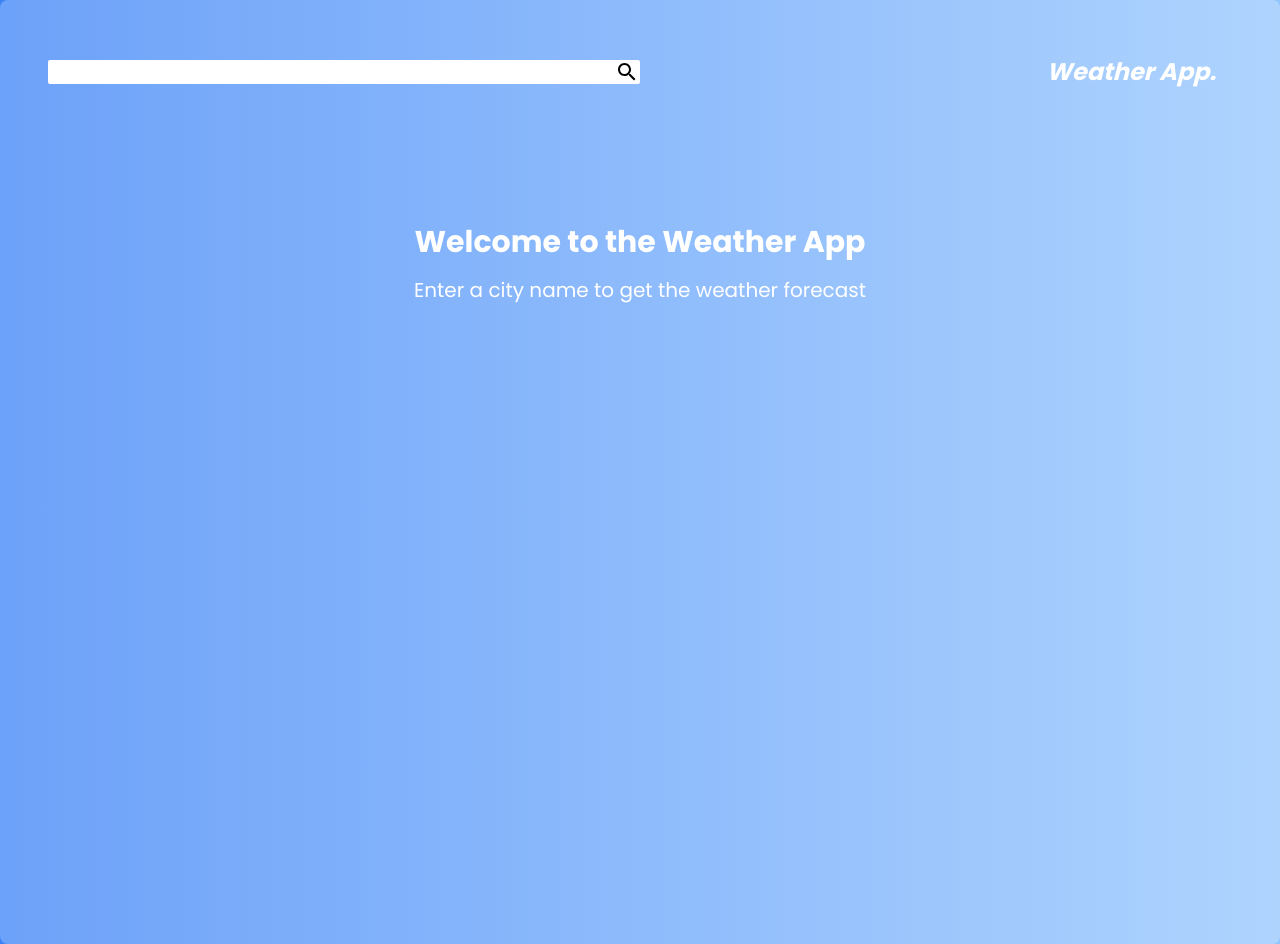
Repository: DevAntonioRogers/react-weatherapp-v2
Page: /
These files come from the project's save history. The page is drawn as it stood at one moment and after the next save; the edit follows.
The browser window is 1280 px wide. The pictures show the whole page.
The project was rebuilt for these pictures with package versions that can differ from the ones it lists, and the page was loaded fresh each time. The framework's server and built-in components were replaced by stand-ins that run in the browser. Also part of the build but not shown: next.config.js, app/utils/currentDate.tsx, app/components/Current.tsx, app/components/WeekForecast.tsx. Imported but missing from the stored project, and not drawn on this page: app/components/WeatherDetails.

Above is the page before, as saved 2023-05-27 20:32:40.

### app/layout.tsx
import "./globals.css";
import { Poppins } from "next/font/google";

export const metadata = {
  title: "The Weather App 🌤",
  description: "Weather app",
};

const poppins = Poppins({
  subsets: ["latin"],
  weight: ["400", "500", "700"],
  style: ["normal", "italic"],
});

export default function RootLayout({ children }: { children: React.ReactNode }) {
  return (
    <html lang="en" className={poppins.className}>
      <body>{children}</body>
    </html>
  );
}

### app/page.tsx
"use client";
import React, { useState } from "react";
import Current from "./components/Current";
import Input from "./components/Input";
import WeekForecast from "./components/WeekForecast";
import WeatherDetails from "./components/WeatherDetails";

export default function Home() {
  const [data, setData] = useState({});
  const [location, setLocation] = useState("");
  const [error, setError] = useState("");

  const url = `http://api.weatherapi.com/v1/forecast.json?key=538023bd3c43455084733202231905&q=${location}&days=7&aqi=yes&alerts=yes`;

  const handleSearch = async (e: React.KeyboardEvent<HTMLInputElement>) => {
    if (e.key === "Enter") {
      e.preventDefault();
      try {
        const response = await fetch(url);
        if (!response.ok) {
          throw new Error();
        }
        const data = await response.json();
        setData(data);
        setLocation("");
        setError("");
      } catch (error) {
        setError("City not found");
        setData({});
      }
    }
  };

  let content;
  if (Object.keys(data).length === 0 && error === "") {
    content = (
      <div className="text-white text-center h-screen mt-[5rem]">
        <h2 className="text-3xl font-semibold mb-4">Welcome to the Weather App</h2>
        <p className="text-xl">Enter a city name to get the weather forecast</p>
      </div>
    );
  } else if (error !== "") {
    content = (
      <div className="text-white text-center h-screen mt-[5rem]">
        <h2 className="text-3xl font-semibold mb-4">City not found</h2>
        <p className="text-xl">Please enter a valid city name</p>
      </div>
    );
  } else {
    content = (
      <>
        <div className="flex md:flex-row flex-col p-12 items-center justify-between mt-[-4rem] gap-10">
          <Current data={data} />
          <WeekForecast data={data} />
        </div>
        <div>
          <WeatherDetails data={data} />
        </div>
      </>
    );
  }

  return (
    <div className="bg-cover bg-gradient-to-r from-blue-500 to-blue-300 h-fit">
      <div className="bg-white/25 w-full rounded-lg flex flex-col h-fit">
        <div className="flex flex-col md:flex-row justify-between items-center p-12">
          <Input handleSearch={handleSearch} setLocation={setLocation} />
          <h1 className="mb-8 md:mb-0 order-1 text-white text-2xl py-2 px-4 rounded-xl italic font-bold">
            Weather App.
          </h1>
        </div>
        {content}
      </div>
    </div>
  );
}

### app/components/Input.tsx
"use client";
import SearchIcon from "@mui/icons-material/Search";

interface InputProps {
  handleSearch: (event: React.KeyboardEvent<HTMLInputElement>) => void;
  setLocation: React.Dispatch<React.SetStateAction<string>>;
}

const Input = ({ handleSearch, setLocation }: InputProps) => {
  return (
    <form className="flex items-center md:w-2/4 w-full order-2 md:order-1">
      <input
        type="text"
        className="w-full rounded-sm placeholder-white outline-none text-black"
        placeholder="Search"
        onKeyDown={handleSearch}
        onChange={(e) => setLocation(e.target.value)}
      />
      <div className="ml-[-25px] text-black cursor-pointer">
        <SearchIcon />
      </div>
    </form>
  );
};

export default Input;

Loaded but not shown: app/globals.css (common file); tailwind.config.js (common file)

After the next save:
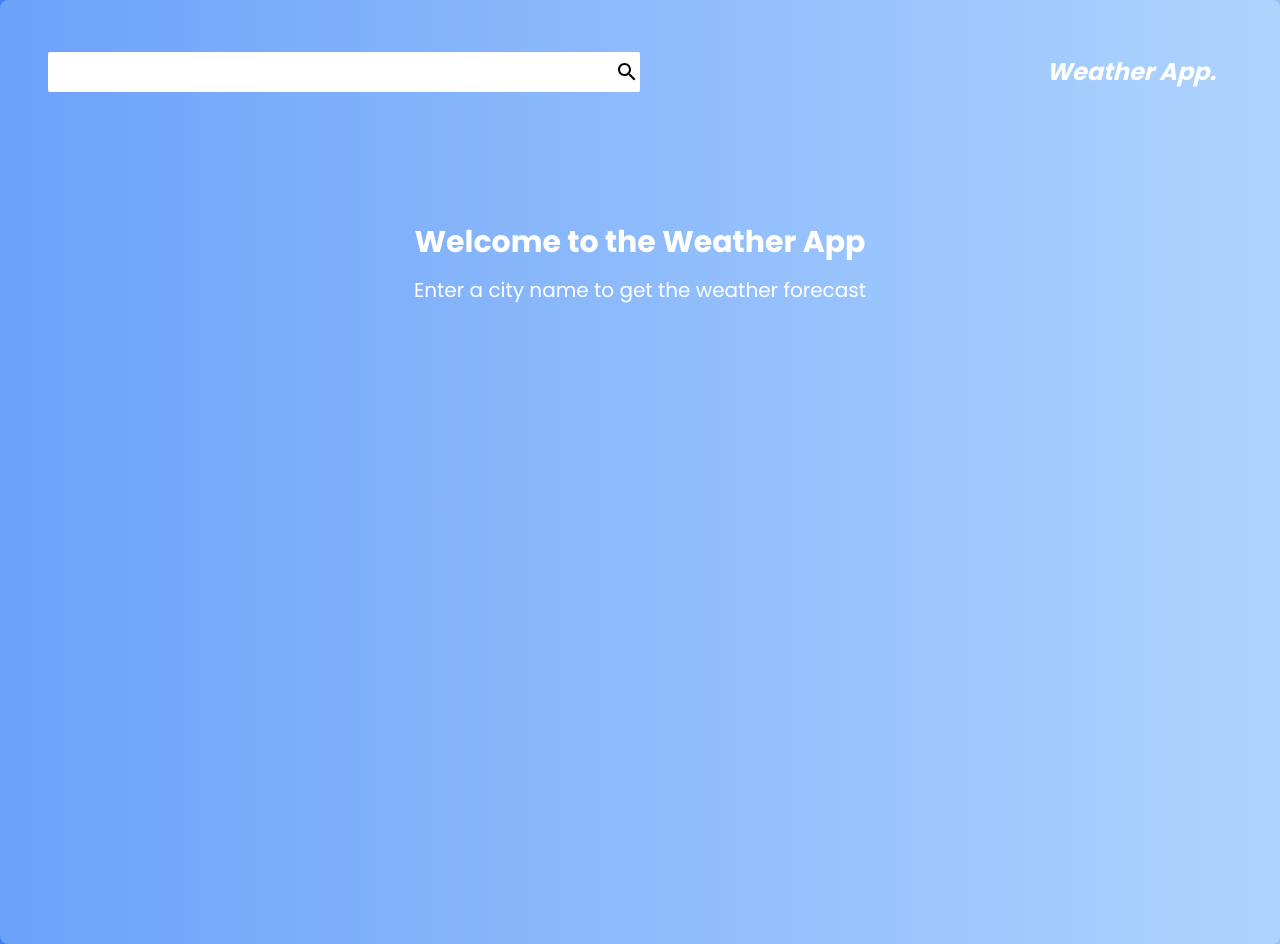
Saved 7 s later.
--- a/app/components/Input.tsx
+++ b/app/components/Input.tsx
@@ -11,7 +11,7 @@ const Input = ({ handleSearch, setLocation }: InputProps) => {
     <form className="flex items-center md:w-2/4 w-full order-2 md:order-1">
       <input
         type="text"
-        className="w-full rounded-sm placeholder-white outline-none text-black"
+        className="w-full rounded-sm p-2 placeholder-white outline-none text-black"
         placeholder="Search"
         onKeyDown={handleSearch}
         onChange={(e) => setLocation(e.target.value)}
